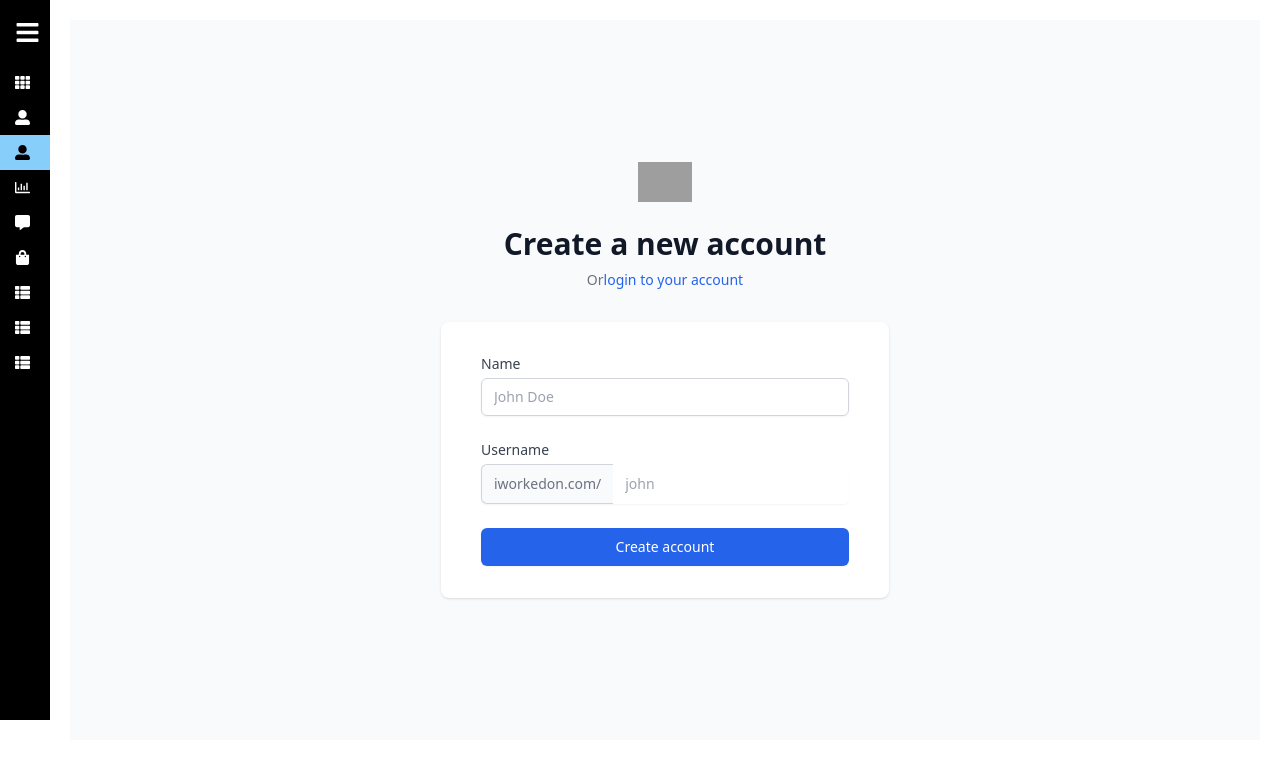
Repository: AndargWorku12/admin-dashboard
Page: /signup
These files come from the project's save history. The page is drawn as it stood at one moment and after the next save; the edit follows.
The browser window is 1280 px wide. The pictures show the whole page.
Pictures or frames that could not be fetched are drawn as grey boxes. The project was rebuilt for these pictures with package versions that can differ from the ones it lists, and the page was loaded fresh each time. Also part of the build but not shown: src/pages/Dashboard.tsx, src/pages/Orders.tsx, src/pages/Category.tsx, src/pages/Login.tsx, src/pages/Analytics.tsx, src/pages/CustemerReview.tsx, src/pages/ProductList.tsx, src/pages/ShopCard.tsx.

Above is the page before, as saved 2024-01-26 03:20:00.

### src/index.tsx
import { ColorModeScript } from "@chakra-ui/react"
import * as React from "react"
import * as ReactDOM from "react-dom/client"
import App from "./App"
import './index.css'

const container = document.getElementById("root")
if (!container) throw new Error('Failed to find the root element');
const root = ReactDOM.createRoot(container)

root.render(

  <React.StrictMode>
    <ColorModeScript />
    <App />
  </React.StrictMode>,

)

### src/components/Sidebar.tsx
import React, { useState } from 'react';
import ReactNode from "react";
import {
    FaTh,
    FaBars,
    FaUserAlt,
    FaRegChartBar,
    FaCommentAlt,
    FaShoppingBag,
    FaThList
} from 'react-icons/fa';
import { NavLink, NavLinkProps } from 'react-router-dom';



interface MenuItem {
    path: string;
    name: string;
    icon: JSX.Element;
}

interface SidebarProps {
  children: React.ReactNode;
}
    const Sidebar: React.FC<React.PropsWithChildren<{}>> = ({ children }) => {
    const [isOpen, setIsOpen] = useState(false);

    const toggle = () => setIsOpen(!isOpen);

    const menuItems: MenuItem[] = [
        {
            path: '/',
            name: 'Dashboard',
            icon: <FaTh />,
        },
        {
            path: '/login',
            name: 'Login',
            icon: <FaUserAlt />,
        },
        {
          path: '/signup',
          name: 'Register form',
          icon: <FaUserAlt />,
      },
        {
            path: '/analytics',
            name: 'Analytics',
            icon: <FaRegChartBar />,
        },
        {
            path: '/review',
            name: 'CustemerReview',
            icon: <FaCommentAlt />,
        },
        {
            path: '/product',
            name: 'Product',
            icon: <FaShoppingBag />,
        },
        {
            path: '/category',
            name: 'Category List',
            icon: <FaThList />,
        },
        {
          path: '/orders',
          name: 'Orders',
          icon: <FaThList />,
      },
      {
        path: '/shop',
        name: 'Sample product',
        icon: <FaThList />,
    },
    ];

    return (
        <div className="container">
            <div style={{ width: isOpen ? '200px' : '50px' }} className="sidebar">
                <div className="top_section">
                    <h1 style={{ display: isOpen ? 'block' : 'none' }} className="logo">
                        Logo
                    </h1>
                    <div style={{ marginLeft: isOpen ? '50px' : '0px' }} className="bars">
                        <FaBars onClick={toggle} />
                    </div>
                </div>
                {menuItems.map((item, index) => (
                    <NavLink to={item.path} key={index} className="link"
                    //  activeClassName="active"
                     >
                        <div className="icon">{item.icon}</div>
                        <div style={{ display: isOpen ? 'block' : 'none' }} className="link_text text-sm">
                            {item.name}
                        </div>
                    </NavLink>
                ))}
            </div>
            <main>{children}</main>
        </div>
    );
};

export default Sidebar;

### src/App.css
* {
    margin: 0;
    padding: 0;
    text-decoration: none;
}

.container {
    display: flex;
}

main {
    width: 100%;
    padding: 20px;
}

.sidebar {
    background: #000;
    color: #fff;
    height: 100vh;
    width: 200px;
    transition: all 0.5s;
}

.top_section {
    display: flex;
    align-items: center;
    padding: 20px 15px;
}

.logo {
    font-size: 30px;
}

.bars {
    display: flex;
    font-size: 25px;
    margin-left: 50px;
}

.link {
    display: flex;
    color: #fff;
    padding: 10px 15px;
    gap: 15px;
    transition: all 0.5s;
}

.link:hover {
    background: lightskyblue;
    color: #000;
    transition: all 0.5s;
}

.active {
    background: lightskyblue;
    color: #000;
}

.icon,
.link_text {
    font-size: 15px;
}

### src/pages/SignUpForm.tsx
import React from 'react';

const SignUp: React.FC = () => {
  return (
    <div className="min-h-screen bg-gray-50 flex flex-col justify-center py-12 sm:px-6 lg:px-8">
      <div className="sm:mx-auto sm:w-full sm:max-w-md">
        <img
          className="mx-auto h-10 w-auto"
          src="https://www.svgrepo.com/show/301692/login.svg"
          alt="Workflow"
        />
        <h2 className="mt-6 text-center text-3xl leading-9 font-extrabold text-gray-900">
          Create a new account
        </h2>
        <p className="mt-2 text-center text-sm leading-5 text-gray-500 max-w">
          Or
          <a
            href="#"
            className="font-medium text-blue-600 hover:text-blue-500 focus:outline-none focus:underline transition ease-in-out duration-150"
          >
            login to your account
          </a>
        </p>
      </div>

      <div className="mt-8 sm:mx-auto sm:w-full sm:max-w-md">
        <div className="bg-white py-8 px-4 shadow sm:rounded-lg sm:px-10">
          <form method="POST" action="#">
            <div>
              <label htmlFor="name" className="block text-sm font-medium leading-5 text-gray-700">
                Name
              </label>
              <div className="mt-1 relative rounded-md shadow-sm">
                <input
                  id="name"
                  name="name"
                  placeholder="John Doe"
                  type="text"
                  required
                  value=""
                  className="appearance-none block w-full px-3 py-2 border border-gray-300 rounded-md placeholder-gray-400 focus:outline-none focus:shadow-outline-blue focus:border-blue-300 transition duration-150 ease-in-out sm:text-sm sm:leading-5"
                />
                <div className="hidden absolute inset-y-0 right-0 pr-3 flex items-center pointer-events-none">
                  <svg className="h-5 w-5 text-red-500" fill="currentColor" viewBox="0 0 20 20">
                    <path
                      fillRule="evenodd"
                      d="M18 10a8 8 0 11-16 0 8 8 0 0116 0zm-7 4a1 1 0 11-2 0 1 1 0 012 0zm-1-9a1 1 0 00-1 1v4a1 1 0 102 0V6a1 1 0 00-1-1z"
                      clipRule="evenodd"
                    ></path>
                  </svg>
                </div>
              </div>
            </div>

            <div className="mt-6">
              <label htmlFor="username" className="block text-sm font-medium leading-5 text-gray-700">
                Username
              </label>
              <div className="mt-1 flex rounded-md shadow-sm">
                <span className="inline-flex h-10 items-center px-3 rounded-l-md border border-r-0 border-gray-300 bg-gray-50 text-gray-500 sm:text-sm">
                  iworkedon.com/
                </span>
                <input
                  id="username"
                  name="username"
                  placeholder="john"
                  type="text"
                  required
                  value=""
                  className="flex-1 form-input pl-3 block w-full rounded-none rounded-r-md transition duration-150 ease-in-out sm:text-sm sm:leading-5 "
                />
              </div>
            </div>

            <div className="mt-6">
              {/* Add email, password, and confirm password fields here */}
            </div>

            <div className="mt-6">
              <span className="block w-full rounded-md shadow-sm">
                <button
                  type="submit"
                  className="w-full flex justify-center py-2 px-4 border border-transparent text-sm font-medium rounded-md text-white bg-blue-600 hover:bg-blue-500 focus:outline-none focus:border-indigo-700 focus:shadow-outline-indigo active:bg-indigo-700 transition duration-150 ease-in-out"
                >
                  Create account
                </button>
              </span>
            </div>
          </form>
        </div>
      </div>
    </div>
  );
};

export default SignUp;




// import React from 'react';

// const SignUpForm: React.FC = () => {
//   return (
//     <div className="px-80 pt-40">

//     <div className="w-96 backdrop-blur-lg bg-opacity-80 rounded-lg shadow-lg p-5 bg-gray-900 text-white">
//       <h2 className="text-2xl font-bold pb-5">SignUp</h2>
//       <form>
//         <div className="mb-4">
//           <label htmlFor="name" className="block mb-2 text-sm font-medium">
//             Your name
//           </label>
//           <input
//             type="text"
//             id="name"
//             className="bg-gray-100 border border-gray-300 text-gray-900 text-sm rounded-lg focus:ring-2 focus:ring-blue-500 focus:border-blue-500 w-full py-2.5 px-4"
//             placeholder="Andrew Jackson"
//             required
//             value=""
//           />
//         </div>
//         <div className="mb-4">
//           <label htmlFor="email" className="block mb-2 text-sm font-medium">
//             Your email
//           </label>
//           <input
//             type="email"
//             id="email"
//             className="bg-gray-100 border border-gray-300 text-gray-900 text-sm rounded-lg focus:ring-2 focus:ring-blue-500 focus:border-blue-500 w-full py-2.5 px-4"
//             placeholder="andrew@mail.com"
//             required
//             value=""
//           />
//         </div>
//         <div className="mb-4">
//           <label htmlFor="password" className="block mb-2 text-sm font-medium">
//             Your password
//           </label>
//           <input
//             type="password"
//             id="password"
//             className="bg-gray-100 border border-gray-300 text-gray-900 text-sm rounded-lg focus:ring-2 focus:ring-blue-500 focus:border-blue-500 w-full py-2.5 px-4"
//             placeholder="*********"
//             required
//             value=""
//           />
//         </div>
//         <div>
//           <p className="text-red-500 pb-5"></p>
//         </div>
//         <div className="flex items-center justify-between mb-4">
//           <button
//             type="submit"
//             className="text-white bg-purple-600 hover:bg-purple-700 focus:ring-2 focus:ring-blue-300 font-medium rounded-lg text-sm py-2.5 px-5 w-full sm:w-auto"
//           >
//             Register
//           </button>
//           <div className="flex items-center text-sm">
//             <p>Already have an account?</p>
//             <p className="underline cursor-pointer ml-1">Sign in</p>
//           </div>
//         </div>
//       </form>
//     </div>
//     </div>
//   );
// };

// export default SignUpForm;













// // import React from 'react';

// // const Signup: React.FC = () => {
// //   return (
// //     <div className="min-h-screen bg-gray-50 flex flex-col justify-center py-12 sm:px-6 lg:px-8">
// //       <div className="sm:mx-auto sm:w-full sm:max-w-md">
// //         <img
// //           className="mx-auto h-10 w-auto"
// //           src="https://www.svgrepo.com/show/301692/login.svg"
// //           alt="Workflow"
// //         />
// //         <h2 className="mt-6 text-center text-3xl leading-9 font-extrabold text-gray-900">
// //           Create a new account
// //         </h2>
// //         <p className="mt-2 text-center text-sm leading-5 text-gray-500 max-w">
// //           Or
// //           <a
// //             href="#"
// //             className="font-medium text-blue-600 hover:text-blue-500 focus:outline-none focus:underline transition ease-in-out duration-150"
// //           >
// //             login to your account
// //           </a>
// //         </p>
// //       </div>

// //       <div className="mt-8 sm:mx-auto sm:w-full sm:max-w-md">
// //         <div className="bg-white py-8 px-4 shadow sm:rounded-lg sm:px-10">
// //           <form method="POST" action="#">
// //             <div>
// //               <label htmlFor="name" className="block text-sm font-medium leading-5 text-gray-700">
// //                 Name
// //               </label>
// //               <div className="mt-1 relative rounded-md shadow-sm">
// //                 <input
// //                   id="name"
// //                   name="name"
// //                   placeholder="John Doe"
// //                   type="text"

// //                   value=""
// //                   className="appearance-none block w-full px-3 py-2 border border-gray-300 rounded-md placeholder-gray-400 focus:outline-none focus:shadow-outline-blue focus:border-blue-300 transition duration-150 ease-in-out sm:text-sm sm:leading-5"
// //                 />
// //                 <div className="hidden absolute inset-y-0 right-0 pr-3 flex items-center pointer-events-none">
// //                   <svg className="h-5 w-5 text-red-500" fill="currentColor" viewBox="0 0 20 20">
// //                     <path
// //                       fillRule="evenodd"
// //                       d="M18 10a8 8 0 11-16 0 8 8 0 0116 0zm-7 4a1 1 0 11-2 0 1 1 0 012 0zm-1-9a1 1 0 00-1 1v4a1 1 0 102 0V6a1 1 0 00-1-1z"
// //                       clipRule="evenodd"
// //                     ></path>
// //                   </svg>
// //                 </div>
// //               </div>
// //             </div>

// //             <div className="mt-6">
// //               <label htmlFor="username" className="block text-sm font-medium leading-5 text-gray-700">
// //                 Username
// //               </label>
// //               <div className="mt-1 flex rounded-md shadow-sm">
// //                 <span className="inline-flex h-10 items-center px-3 rounded-l-md border border-r-0 border-gray-300 bg-gray-50 text-gray-500 sm:text-sm">
// //                   iworkedon.com/
// //                 </span>
// //                 <input
// //                   id="username"
// //                   name="username"
// //                   placeholder="john"
// //                   type="text"

// //                   value=""
// //                   className="flex-1 form-input pl-3 block w-full rounded-none rounded-r-md transition duration-150 ease-in-out sm:text-sm sm:leading-5"
// //                 />
// //               </div>
// //             </div>

// //             <div className="mt-6">
// //               <label htmlFor="email" className="block text-sm font-medium leading-5 text-gray-700">
// //                 Email address
// //               </label>
// //               <div className="mt-1 relative rounded-md shadow-sm">
// //                 <input
// //                   id="email"
// //                   name="email"
// //                   placeholder="user@example.com"
// //                   type="email"

// //                   value=""
// //                   className="appearance-none block w-full px-3 py-2 border border-gray-300 rounded-md placeholder-gray-400 focus:outline-none focus:shadow-outline-blue focus:border-blue-300 transition duration-150 ease-in-out sm:text-sm sm:leading-5"
// //                 />
// //                 <div className="hidden absolute inset-y-0 right-0 pr-3 flex items-center pointer-events-none">
// //                   <svg className="h-5 w-5 text-red-500" fill="currentColor" viewBox="0 0 20 20">
// //                     <path
// //                       fillRule="evenodd"
// //                       d="M18 10a8 8 0 11-16 0 8 8 0 0116 0zm-7 4a1 1 0 11-2 0 1 1 0 012 0zm-1-9a1 1 0 00-1 1v4a1 1 0 102 0V6a1 1 0 00-1-1z"
// //                       clipRule="evenodd"
// //                     ></path>
// //                   </svg>
// //                 </div>
// //               </div>
// //             </div>

// //             <div className="mt-6">
// //               <label htmlFor="password" className="block text-sm font-medium leading-5 text-gray-700">
// //                 Password
// //               </label>
// //               <div className="mt-1 rounded-md shadow-sm">
// //                 <input
// //                   id="password"
// //                   name="password"
// //                   type="password"

// //                   className="appearance-none block w-full px-3 py-2 border border-gray-300 rounded-md placeholder-gray-400 focus:outline-none focus:shadow-outline-blue focus:border-blue-300 transition duration-150 ease-in-out sm:text-sm sm:leading-5"
// //                 />
// //               </div>
// //             </div>

// //             <div className="mt-6">
// //               <label htmlFor="password_confirmation" className="block text-sm font-medium leading-5 text-gray-700">
// //                 Confirm Password
// //               </label>
// //               <div className="mt-1 rounded-md shadow-sm">
// //                 <input
// //                   id="password_confirmation"
// //                   name="password_confirmation"
// //                   type="password"

// //                   className="appearance-none block w-full px-3 py-2 border border-gray-300 rounded-md placeholder-gray-400 focus:outline-none focus:shadow-outline-blue focus:border-blue-300 transition duration-150 ease-in-out sm:text-sm sm:leading-5"
// //                 />
// //               </div>
// //             </div>

// //             <div className="mt-6">
// //               <span className="block w-full rounded-md shadow-sm">
// //                 <button
// //                   type="submit"
// //                   className="w-full flex justify-center py-2 px-4 border border-transparent text-sm font-medium rounded-md text-white bg-blue-600 hover:bg-blue-500 focus:outline-none focus:border-indigo-700 focus:shadow-outline-indigo active:bg-indigo-700 transition duration-150 ease-in-out"
// //                 >
// //                   Create account
// //                 </button>
// //               </span>
// //             </div>
// //           </form>
// //         </div>
// //       </div>
// //     </div>
// //   );
// // };

// // export default Signup;

Loaded but not shown: public/index.html (common file); src/index.css (common file); tailwind.config.js (common file); src/App.tsx (333 lines, source omitted)

After the next save:
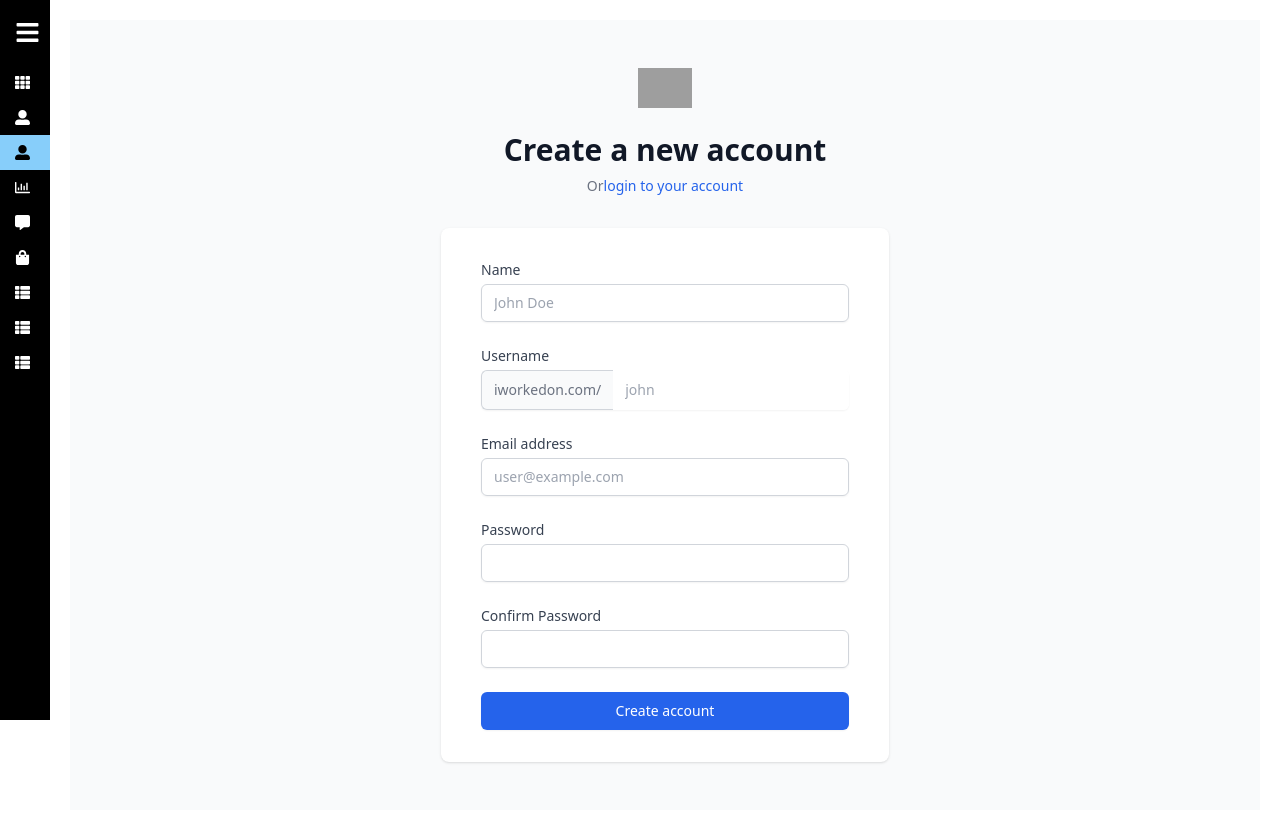
Saved 4 min 54 s later.
--- a/src/pages/SignUpForm.tsx
+++ b/src/pages/SignUpForm.tsx
@@ -1,3 +1,4 @@
+
 import React from 'react';
 
 const SignUp: React.FC = () => {
@@ -46,7 +47,7 @@ const SignUp: React.FC = () => {
                       fillRule="evenodd"
                       d="M18 10a8 8 0 11-16 0 8 8 0 0116 0zm-7 4a1 1 0 11-2 0 1 1 0 012 0zm-1-9a1 1 0 00-1 1v4a1 1 0 102 0V6a1 1 0 00-1-1z"
                       clipRule="evenodd"
-                    ></path>
+                    />
                   </svg>
                 </div>
               </div>
@@ -67,13 +68,68 @@ const SignUp: React.FC = () => {
                   type="text"
                   required
                   value=""
-                  className="flex-1 form-input pl-3 block w-full rounded-none rounded-r-md transition duration-150 ease-in-out sm:text-sm sm:leading-5 "
-                />
-              </div>
-            </div>
-
-            <div className="mt-6">
-              {/* Add email, password, and confirm password fields here */}
+                  className="flex-1 form-input pl-3 block w-full rounded-none rounded-r-md transition duration-150 ease-in-out sm:text-sm sm:leading-5"
+                />
+              </div>
+            </div>
+
+            <div className="mt-6">
+              <label htmlFor="email" className="block text-sm font-medium leading-5 text-gray-700">
+                Email address
+              </label>
+              <div className="mt-1 relative rounded-md shadow-sm">
+                <input
+                  id="email"
+                  name="email"
+                  placeholder="user@example.com"
+                  type="email"
+                  required
+                  value=""
+                  className="appearance-none block w-full px-3 py-2 border border-gray-300 rounded-md placeholder-gray-400 focus:outline-none focus:shadow-outline-blue focus:border-blue-300 transition duration-150 ease-in-out sm:text-sm sm:leading-5"
+                />
+                <div className="hidden absolute inset-y-0 right-0 pr-3 flex items-center pointer-events-none">
+                  <svg className="h-5 w-5 text-red-500" fill="currentColor" viewBox="0 0 20 20">
+                    <path
+                      fillRule="evenodd"
+                      d="M18 10a8 8 0 11-16 0 8 8 0 0116 0zm-7 4a1 1 0 11-2 0 1 1 0 012 0zm-1-9a1 1 0 00-1 1v4a1 1 0 102 0V6a1 1 0 00-1-1z"
+                      clipRule="evenodd"
+                    ></path>
+                  </svg>
+                </div>
+              </div>
+            </div>
+
+            <div className="mt-6">
+              <label htmlFor="password" className="block text-sm font-medium leading-5 text-gray-700">
+                Password
+              </label>
+              <div className="mt-1 rounded-md shadow-sm">
+                <input
+                  id="password"
+                  name="password"
+                  type="password"
+                  required
+                  className="appearance-none block w-full px-3 py-2 border border-gray-300 rounded-md placeholder-gray-400 focus:outline-none focus:shadow-outline-blue focus:border-blue-300 transition duration-150 ease-in-out sm:text-sm sm:leading-5"
+                />
+              </div>
+            </div>
+
+            <div className="mt-6">
+              <label
+                htmlFor="password_confirmation"
+                className="block text-sm font-medium leading-5 text-gray-700"
+              >
+                Confirm Password
+              </label>
+              <div className="mt-1 rounded-md shadow-sm">
+                <input
+                  id="password_confirmation"
+                  name="password_confirmation"
+                  type="password"
+                  required
+                  className="appearance-none block w-full px-3 py-2 border border-gray-300 rounded-md placeholder-gray-400 focus:outline-none focus:shadow-outline-blue focus:border-blue-300 transition duration-150 ease-in-out sm:text-sm sm:leading-5"
+                />
+              </div>
             </div>
 
             <div className="mt-6">
@@ -94,7 +150,6 @@ const SignUp: React.FC = () => {
 };
 
 export default SignUp;
-
 
 
 
